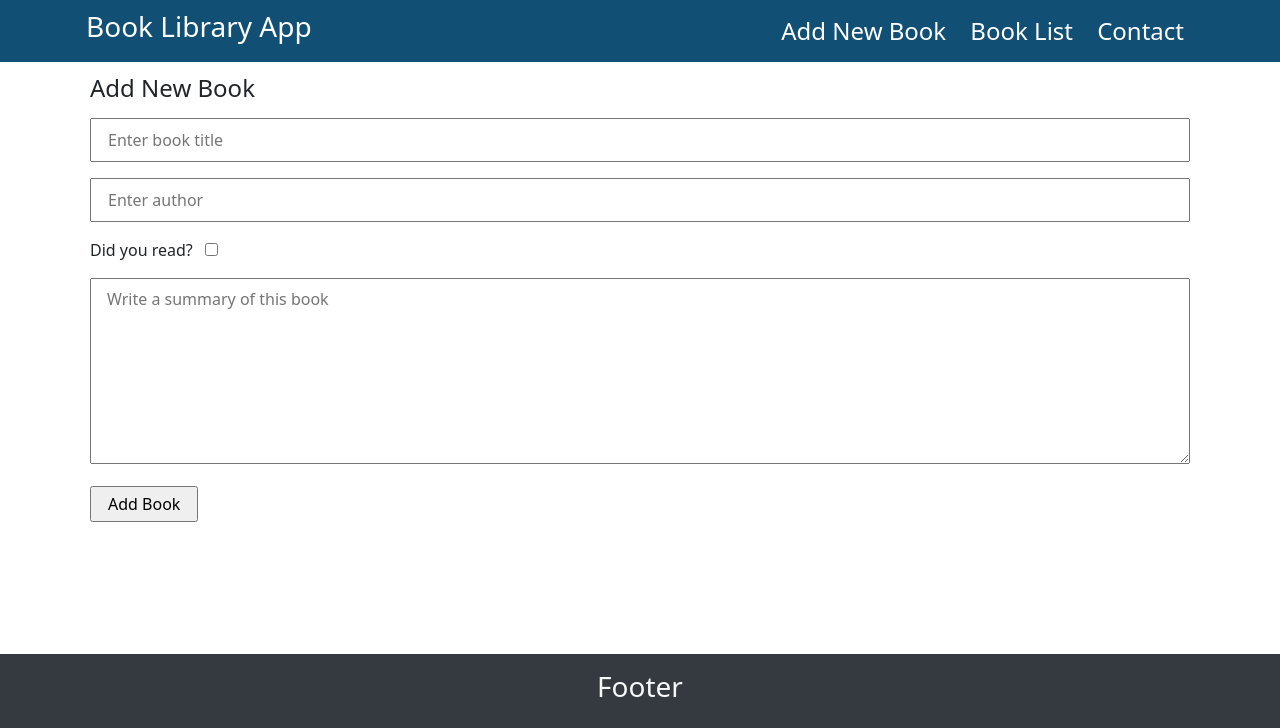
Repository: just-mann/booklibrary-app
Page: http://localhost/
The author's editor kept a copy of each file at every save. The page is drawn from the files as they stood at one save, then again after the next save.
The browser window is 1280 px wide. The pictures show the whole page.
The page is served by the project's Node server (app.js).

Above is the page before, as saved 2021-06-06 04:49:18.

After the next save:
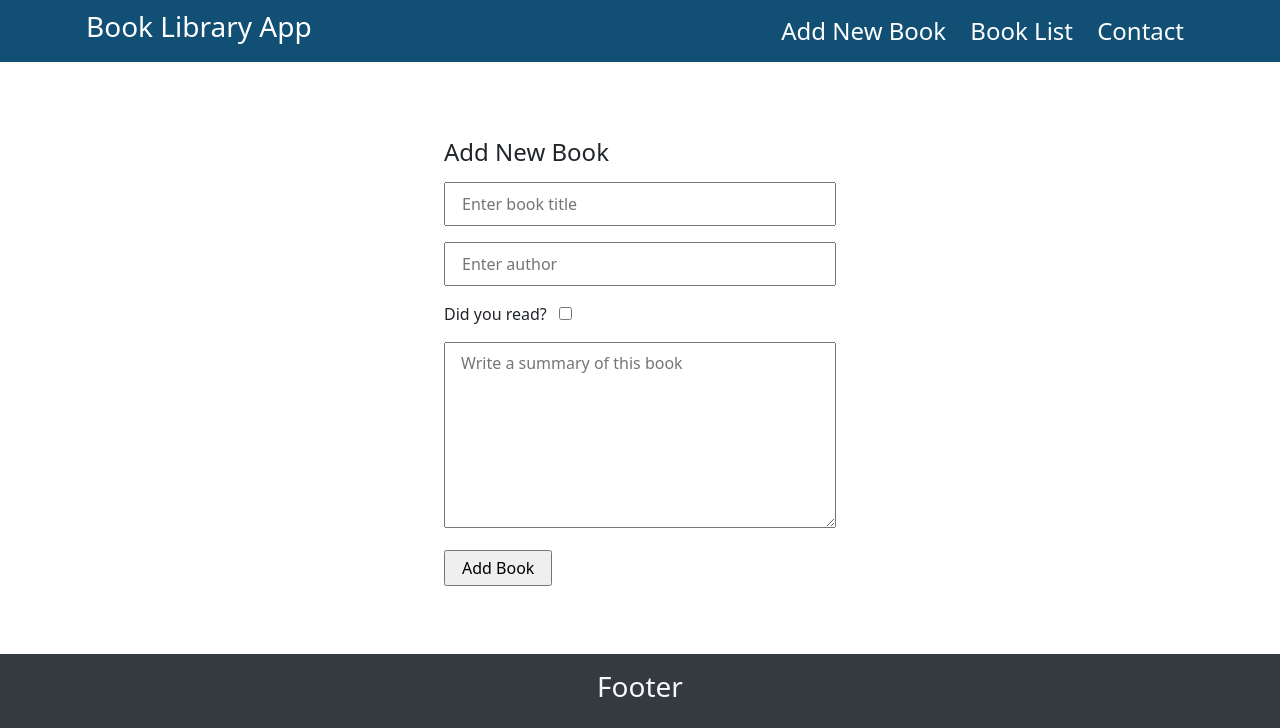
Saved 11 s later.
--- a/views/index.ejs
+++ b/views/index.ejs
@@ -4,7 +4,8 @@
 <body>
     <%- include('./partials/Navbar') %>
       <div class="container py-2 home">
-        <div class=" p-5 p-xs-1 p-sm-1 p-md-1 py-2 px-0 mt-45y-3">
+        <div class=" p-5 p-xs-1 p-sm-1 p-md-1 py-2 px-0 mt-5 homeDiv">
+          <form action="/books" method="POST" class="px-0 py-3">
             <h4>Add New Book</h4>
               <div class="my-3">
                 <input class="px-3 py-2 title w-100" type="text" name="title" id="title" placeholder="Enter book title" required>
